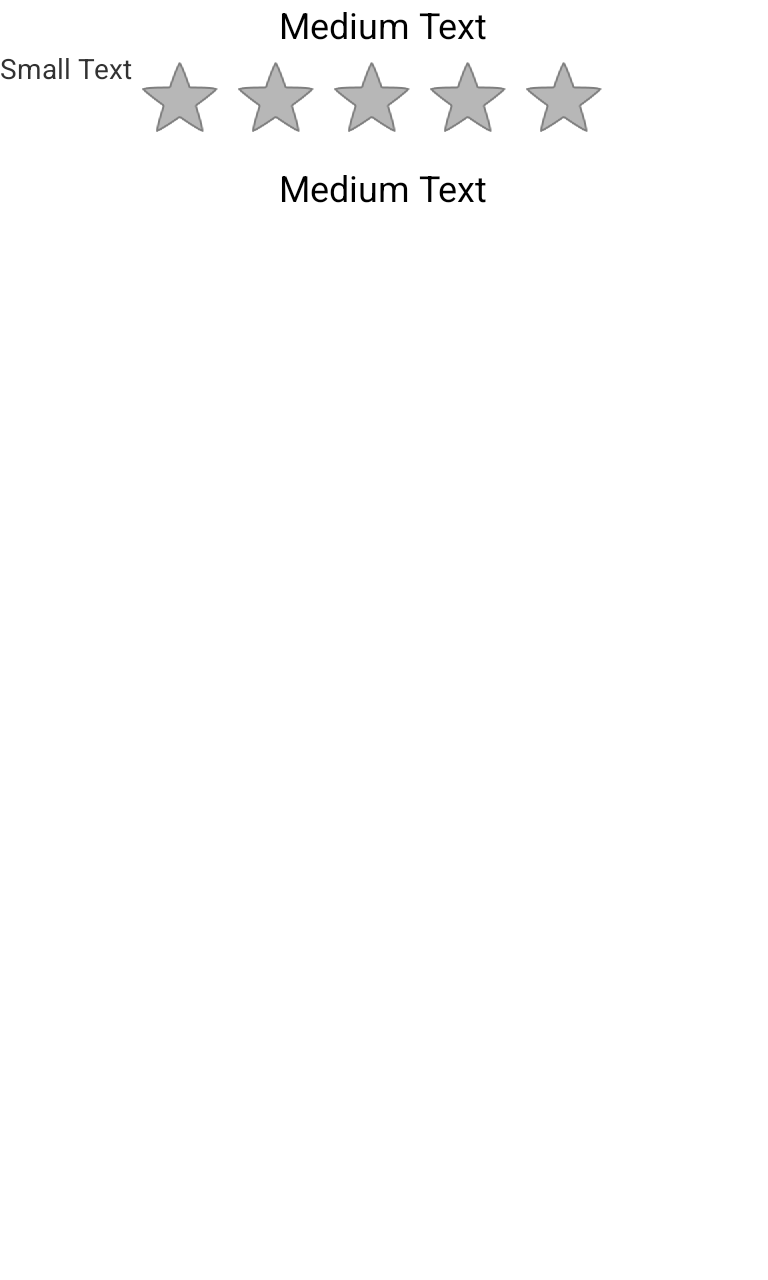
Repository: yash256/atnt
Layout: Farmdroid/res/layout/market_details.xml
These files come from the project's save history. The layout is drawn as it stood at one moment and after the next save; the edit follows.
It is drawn on a 768 x 1280 px phone screen (xhdpi) without system bars, with theme AppTheme; the app's code is not run. Lists and similar views that code fills are empty.

Above is the layout before, as saved 2014-10-29 18:38:12.

### Farmdroid/res/layout/market_details.xml
<?xml version="1.0" encoding="utf-8"?>
<RelativeLayout xmlns:android="http://schemas.android.com/apk/res/android"
    android:layout_width="match_parent"
    android:layout_height="match_parent"
    android:orientation="vertical" >

 <GridLayout
        android:id="@+id/gridLayout1"
        android:layout_width="match_parent"
        android:layout_height="wrap_content"
        android:columnCount="8"
        android:orientation="horizontal" >

        <TextView
            android:id="@+id/market_name"
            android:layout_column="0"
            android:layout_columnSpan="8"
            android:layout_gravity="center_horizontal"
            android:layout_row="0"
            android:text="Medium Text"
            android:textAppearance="?android:attr/textAppearanceMedium" />

        <TextView
            android:id="@+id/market_address"
            android:layout_columnSpan="4"
            android:text="Small Text"
            android:textAppearance="?android:attr/textAppearanceSmall" />

        <RatingBar
            android:id="@+id/ratingBar1"
            android:layout_columnSpan="4" />


         <TextView
            android:id="@+id/top_items_header"
            android:layout_row="3"
            android:layout_columnSpan="8"
            android:layout_gravity="center_horizontal"
            android:text="Medium Text"
            android:textAppearance="?android:attr/textAppearanceMedium" />

        <ListView
        android:id="@+id/android:list"
        android:layout_width="match_parent"
        android:layout_height="wrap_content"
        android:layout_row="4"
        android:layout_columnSpan="8"
        >
    </ListView>



    </GridLayout>




</RelativeLayout>

Loaded but not shown: Farmdroid/res/values/styles.xml (common file); Farmdroid/res/values-v11/styles.xml (common file); Farmdroid/res/values-v14/styles.xml (common file)

After the next save:
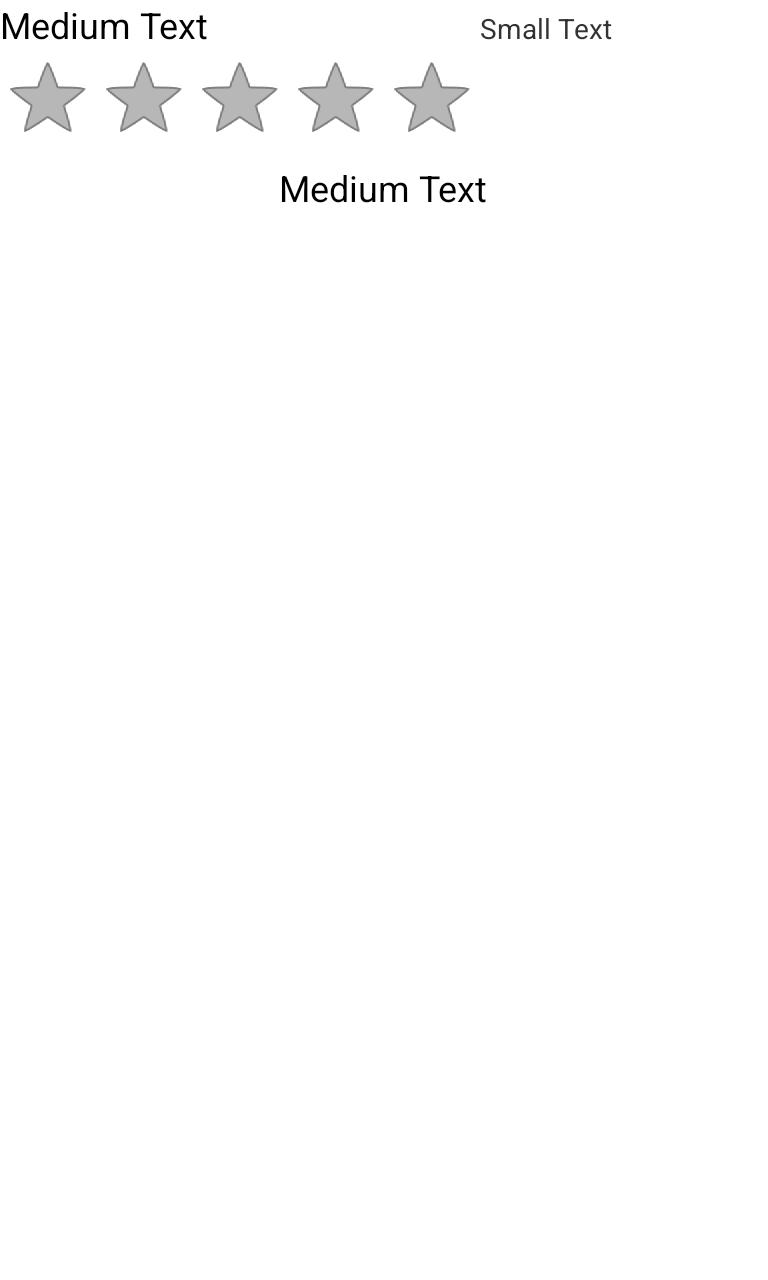
Saved 4 min 2 s later.
--- a/Farmdroid/res/layout/market_details.xml
+++ b/Farmdroid/res/layout/market_details.xml
@@ -14,8 +14,8 @@
         <TextView
             android:id="@+id/market_name"
             android:layout_column="0"
-            android:layout_columnSpan="8"
-            android:layout_gravity="center_horizontal"
+            android:layout_columnSpan="4"
+            android:layout_gravity="left"
             android:layout_row="0"
             android:text="Medium Text"
             android:textAppearance="?android:attr/textAppearanceMedium" />
